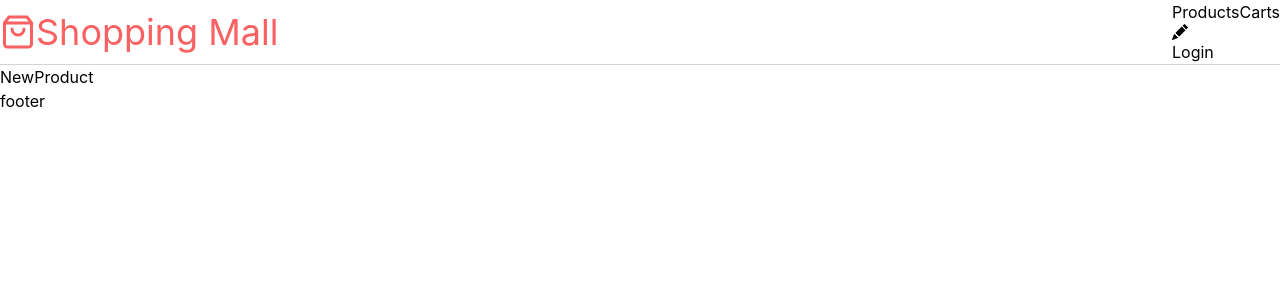
Repository: dnjfht/shopping_mall
Page: /products/new
An editor plug-in stored every save of this project. The page is shown before and after the next save, followed by the edit.
The browser window is 1280 px wide. The pictures show the whole page.
The project was rebuilt for these pictures with package versions that can differ from the ones it lists, and the page was loaded fresh each time. Also part of the build but not shown: src/App.css, src/pages/Home.jsx, src/pages/AllProducts.jsx, src/pages/ProductDetail.jsx, src/pages/NotFound.jsx, src/pages/MyCart.jsx.

Above is the page before, as saved 2023-03-05 20:52:35.

After the next save:
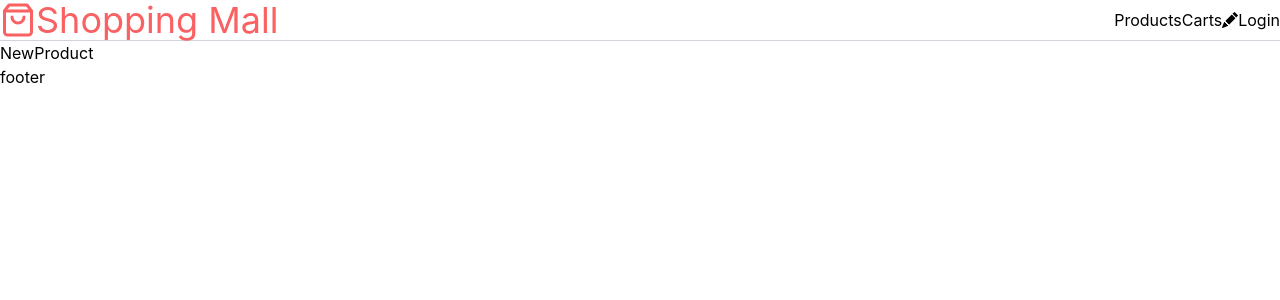
Saved 63 s later.
--- a/src/components/Header.jsx
+++ b/src/components/Header.jsx
@@ -10,7 +10,7 @@ export default function Header() {
         <FiShoppingBag />
         <h1>Shopping Mall</h1>
       </Link>
-      <nav>
+      <nav className="flex items-center grap-4">
         <Link to="/products">Products</Link>
         <Link to="/carts">Carts</Link>
         <Link to="/products/new">
